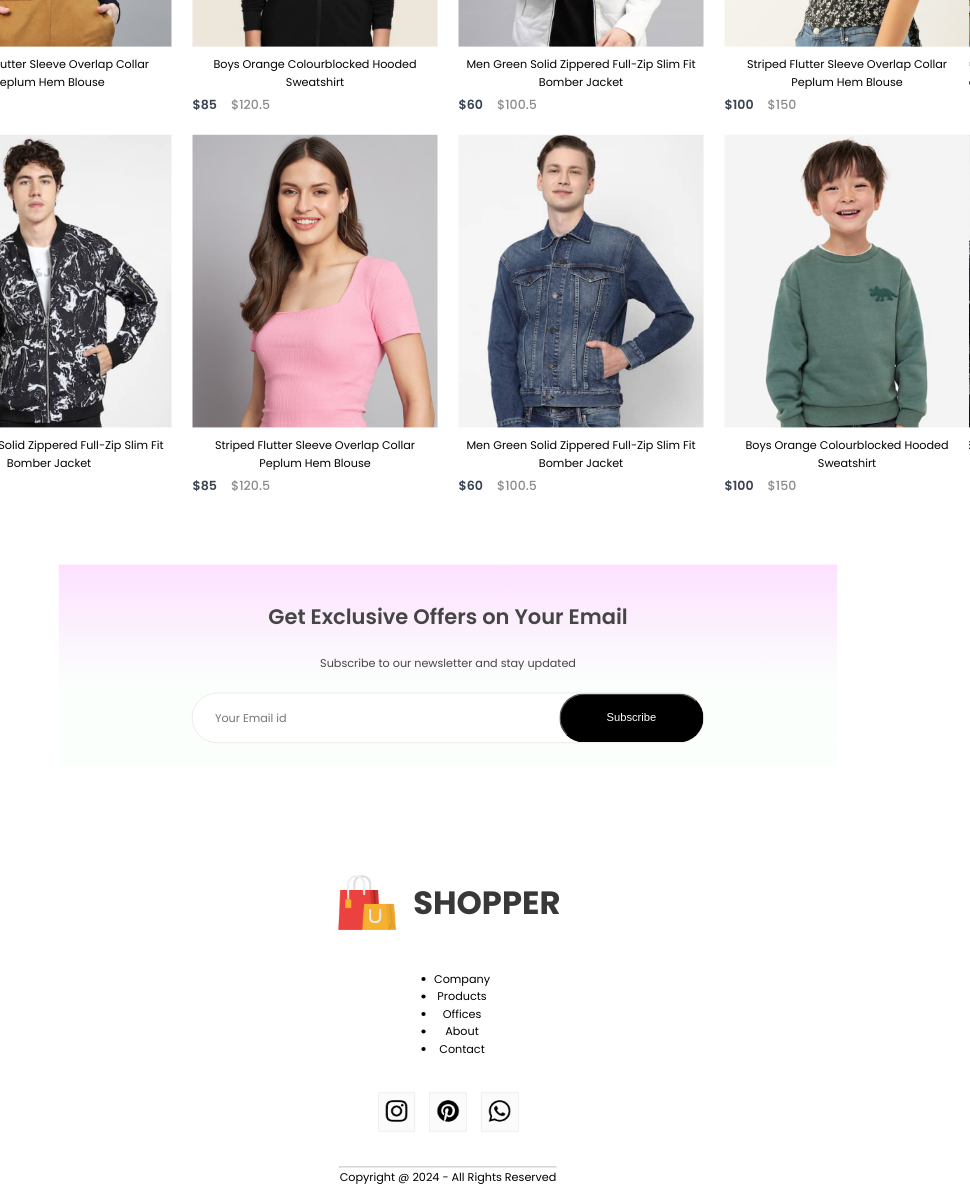
Repository: saritha55/EcommerceReactJs
Page: /
An editor plug-in stored every save of this project. The page is shown before and after the next save, followed by the edit.
The browser window is 1280 px wide. The page is 1385 px wide, so the pictures cover 1385 px, including what lies to the right of the window. The pictures show the part of the page from y = 2571 to 4331 px (the page is 4265 px tall before and 4331 px after), at 70% of full size.
The project was rebuilt for these pictures with package versions that can differ from the ones it lists, and the page was loaded fresh each time. Also part of the build but not shown: src/Pages/ShopCategory.jsx, src/Pages/Product.jsx, src/Pages/Cart.jsx, src/Pages/LoginSignup.jsx.

Above is the page before, as saved 2024-12-03 02:27:29.

After the next save:
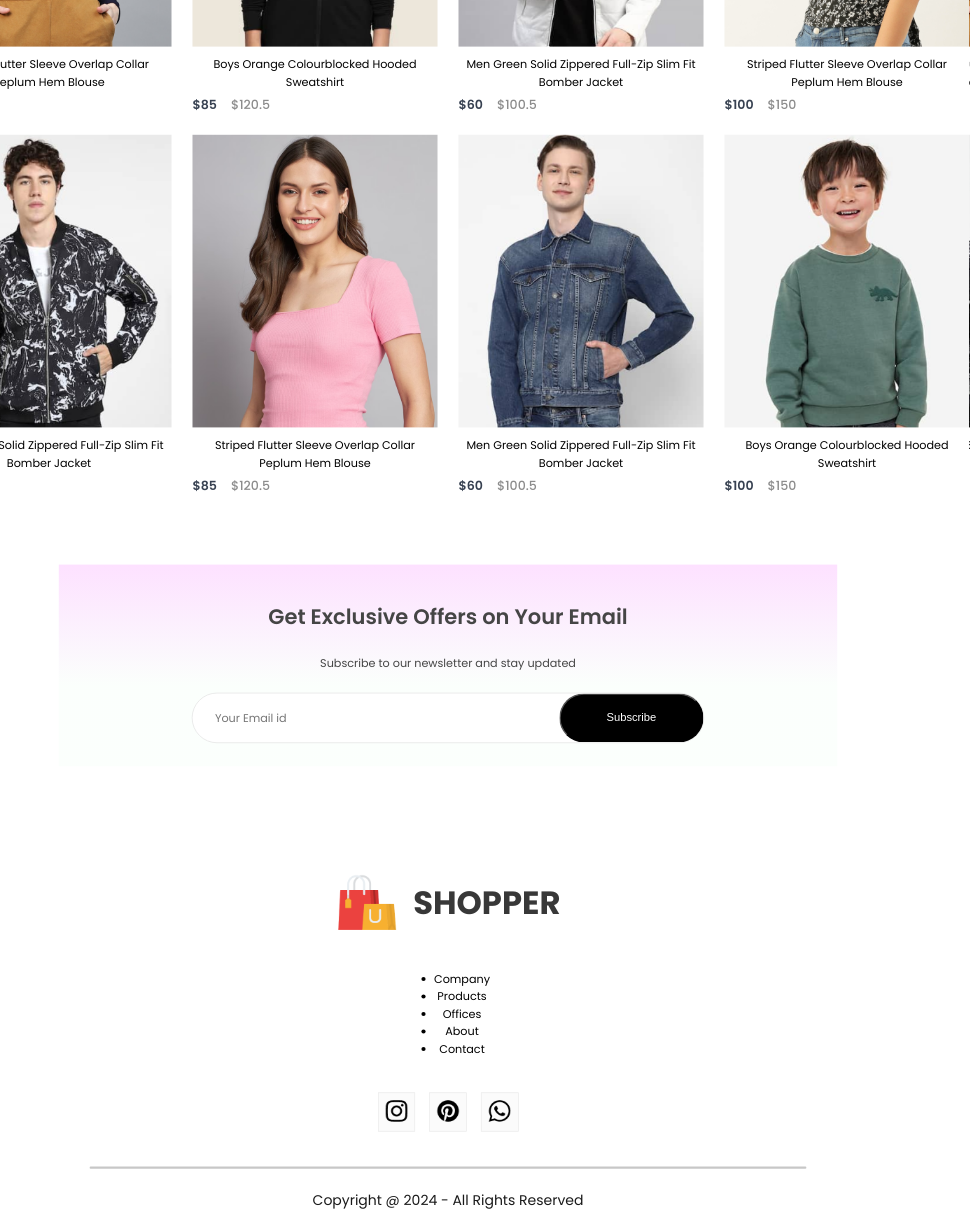
Saved 2 min 55 s later.
--- a/src/Components/Footer/Footer.css
+++ b/src/Components/Footer/Footer.css
@@ -41,3 +41,24 @@
     background: #fbfbfb;
     border: 1px solid #ebebeb;
 }
+
+.footer-copyright{
+    display: flex;
+    flex-direction: column;
+    align-items: center;
+    gap: 30px;
+    width: 100%;
+    margin-bottom: 30px;
+    color: #1a1a1a;
+    font-size: 20px;
+}
+.footer-copyright hr{
+    width: 80%;
+    border: none;
+    border-radius: 10px;
+    height: 3px;
+    background: #c7c7c7;
+
+
+
+}
